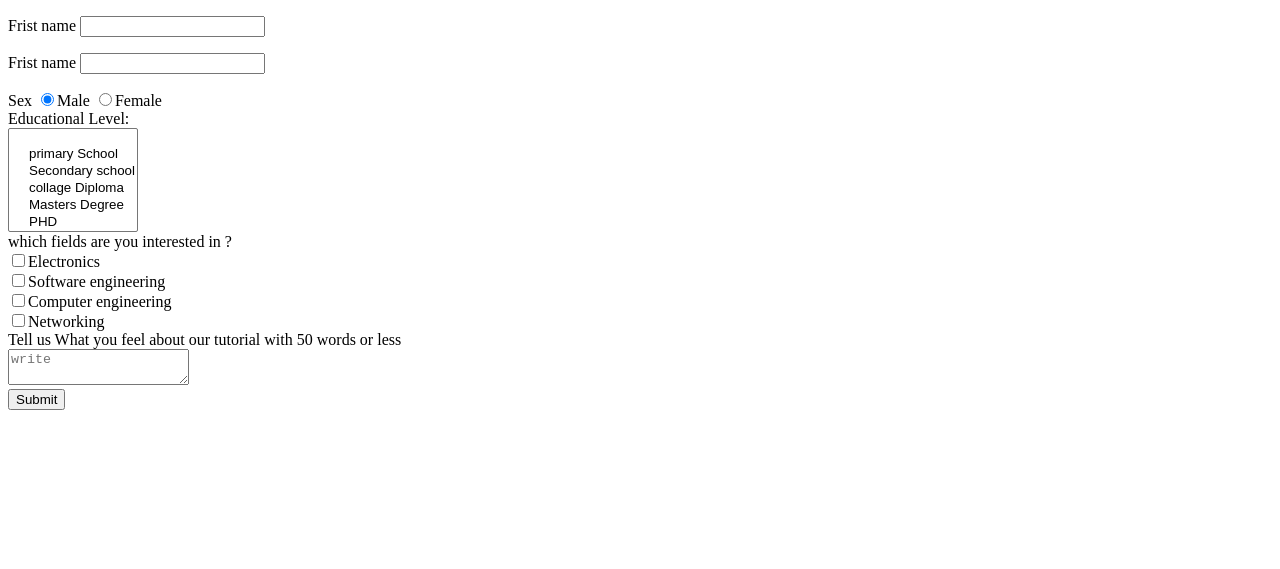
Repository: wakoya-tech/Node.js
Page: Desktop/Node-js/okey.html
These files come from the project's save history. The page is drawn as it stood at one moment and after the next save; the edit follows.
The browser window is 1280 px wide. The pictures show the whole page.

Above is the page before, as saved 2025-11-13 16:23:21.

After the next save:
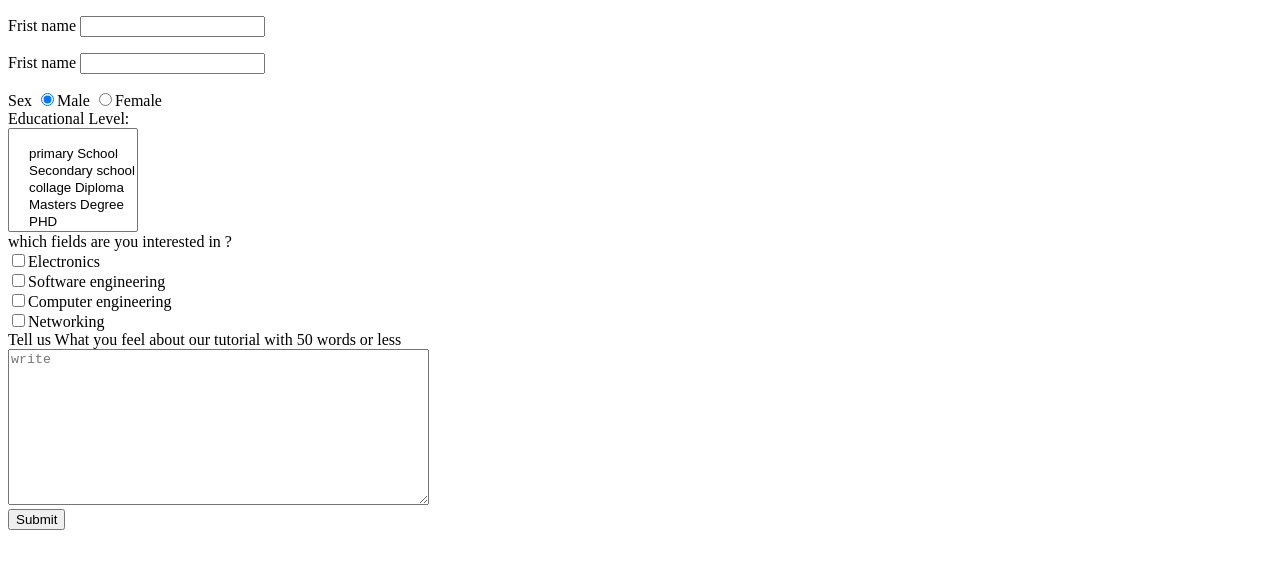
Saved 3 min 27 s later.
--- a/Desktop/Node-js/okey.html
+++ b/Desktop/Node-js/okey.html
@@ -30,7 +30,7 @@
     <input type="checkbox"name="choice1"value="Networking">Networking<br>
 Tell us What you feel about our tutorial with 50 words or less
 <br>
-<textarea name="comment"  id="" placeholder="write"></textarea>
+<textarea name="comment"  id="" placeholder="write" rows="10"cols="50"></textarea>
 <br>
 <button align="center">Submit</button>
 </body>
